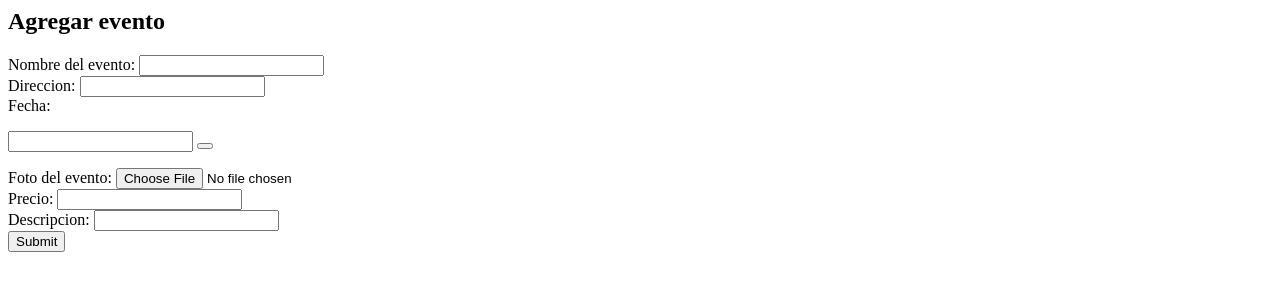
Repository: matucasal/agenda-2018
Page: public/partials/add_event.html
The author's editor kept a record of every edit. The page is drawn from the files as they stood at one moment, then again after the next edit.
The browser window is 1280 px wide. The pictures show the whole page.

Above is the page before.

After the next edit:
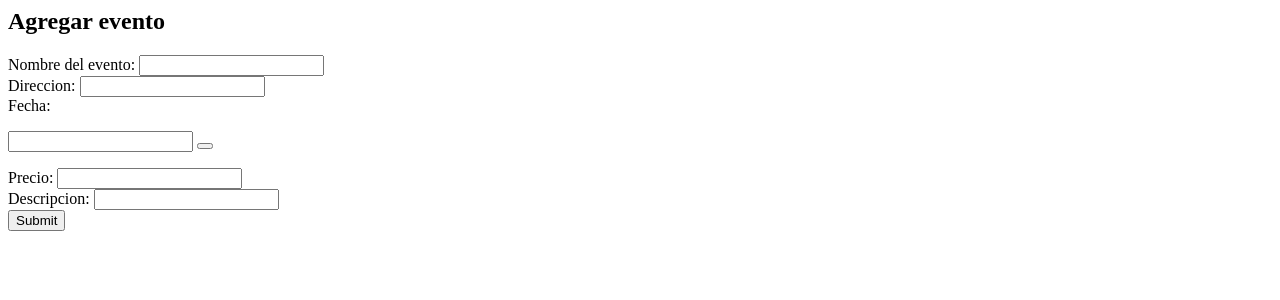
The edit:
--- a/public/partials/add_event.html
+++ b/public/partials/add_event.html
@@ -22,19 +22,6 @@
               </span>
             </p>
         </div>
-        <div class="form-group">
-            <label for="foto">Foto del evento:</label>
-            <input
-               type="file"
-               id ="foto"
-               ngf-select
-               ng-model="up.file"
-               name="file"
-               ngf-pattern="'image/*'"
-               accept="image/*"
-               ngf-max-size="20MB"
-               />
-        </div>
 
 
          <div class="form-group">
